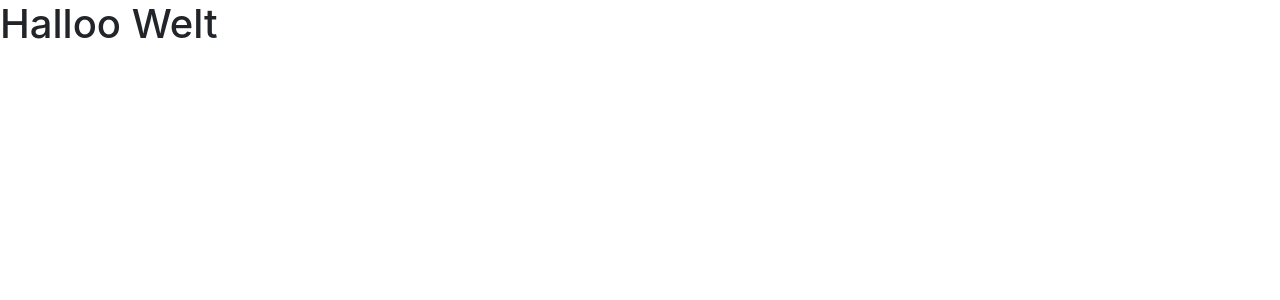
Repository: crdpc/projeto-sds3
Page: / (app in frontend/)
An editor plug-in stored every save of this project. The page is shown before and after the next save, followed by the edit.
The browser window is 1280 px wide. The pictures show the whole page.
The project was rebuilt for these pictures with package versions that can differ from the ones it lists, and the page was loaded fresh each time.

Above is the page before, as saved 2021-05-04 00:01:35.

### frontend/public/index.html
<!DOCTYPE html>
<html lang="pt_BR">
  <head>
    <meta charset="utf-8" />
    <link rel="icon" href="%PUBLIC_URL%/favicon.ico" />
    <meta name="viewport" content="width=device-width, initial-scale=1" />
    <meta name="theme-color" content="#000000" />
    <meta
      name="description"
      content="App Desenvolvido na III Semana Spring React"
    />

    <title>DSVendas</title>
  </head>
  <body>
    <noscript>Você precisa habilitar o java script para rodar esse app.</noscript>
    <div id="root"></div>

  </body>
</html>

### frontend/src/index.tsx
import React from 'react';
import ReactDOM from 'react-dom';
import 'bootstrap/dist/css/bootstrap.css';

import App from './App';


ReactDOM.render(
  <React.StrictMode>
    <App />
  </React.StrictMode>,
  document.getElementById('root')
);

### frontend/src/App.tsx

function App() {
  return (
    <div>
      <h1>Halloo Welt </h1>
    </div>
  );
}

export default App;

After the next save:
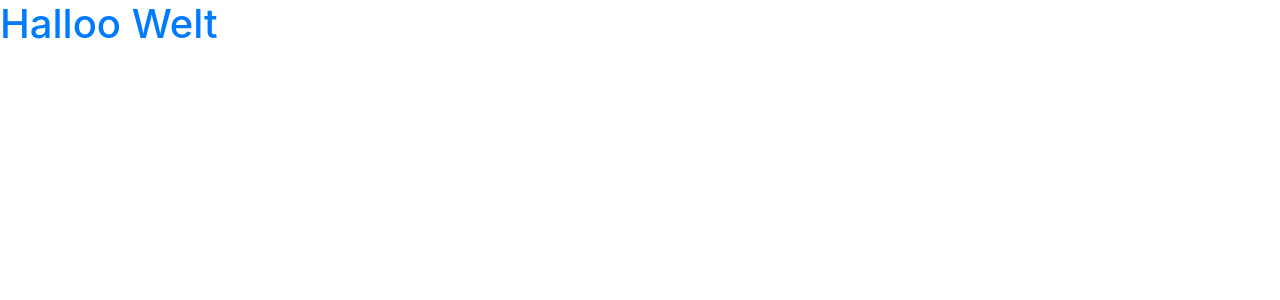
Saved 5 min 28 s later.
--- a/frontend/src/App.tsx
+++ b/frontend/src/App.tsx
@@ -2,7 +2,7 @@
 function App() {
   return (
     <div>
-      <h1>Halloo Welt </h1>
+      <h1 className="text-primary">Halloo Welt </h1>
     </div>
   );
 }
